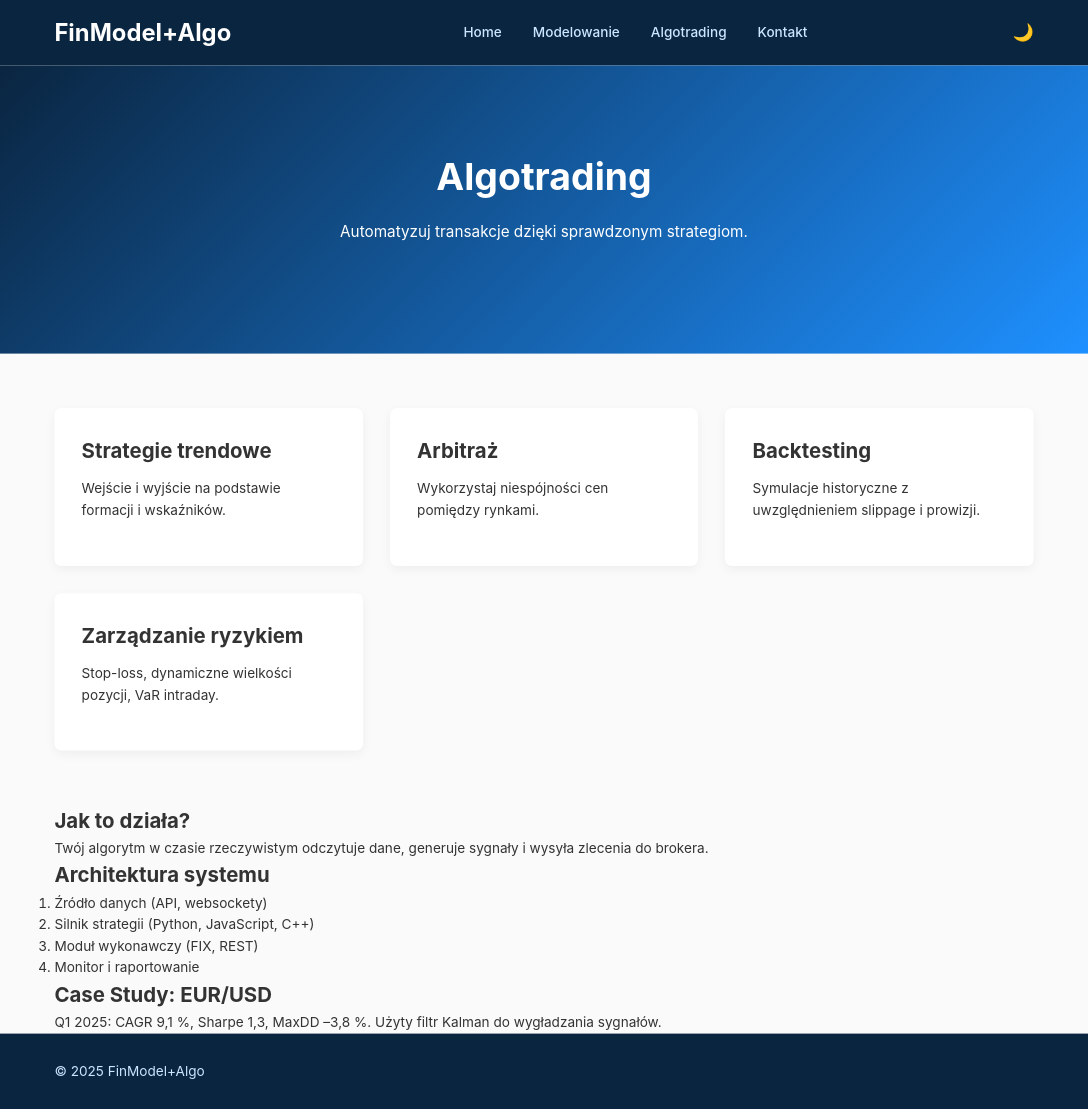
Repository: rafal-bedkowski/WebPageOptimization
Page: algotrading.html
The author's editor kept a copy of each file at every save. The page is drawn from the files as they stood at one save, then again after the next save.
The browser window is 1280 px wide. The pictures show the whole page, at 85% of full size.

Above is the page before, as saved 2025-04-26 15:19:37.
Not found: script.js

### algotrading.html
<!-- algotrading.html -->
<!DOCTYPE html>
<html lang="pl">
  <head>
    <meta charset="UTF-8" />
    <meta name="viewport" content="width=device-width, initial-scale=1" />
    <title>Algotrading – FinModel+Algo</title>
    <link rel="stylesheet" href="style.css" />
  </head>
  <body>
    <header class="header">
      <div class="container header__inner">
        <a href="index.html" class="logo">FinModel+Algo</a>
        <nav class="nav">
          <a href="index.html" class="nav__link">Home</a>
          <a href="modelowanie.html" class="nav__link">Modelowanie</a>
          <a href="algotrading.html" class="nav__link">Algotrading</a>
          <a href="kontakt.html" class="nav__link">Kontakt</a>
        </nav>
        <button class="mode-toggle" aria-label="Toggle dark mode">🌙</button>
      </div>
    </header>

    <section class="hero">
      <div class="container hero__inner">
        <h1 class="hero__title">Algotrading</h1>
        <p class="hero__subtitle">
          Automatyzuj transakcje dzięki sprawdzonym strategiom.
        </p>
      </div>
    </section>

    <main class="container">
      <section class="services">
        <article class="card">
          <h2 class="card__title">Strategie trendowe</h2>
          <p class="card__text">
            Wejście i wyjście na podstawie formacji i wskaźników.
          </p>
        </article>
        <article class="card">
          <h2 class="card__title">Arbitraż</h2>
          <p class="card__text">
            Wykorzystaj niespójności cen pomiędzy rynkami.
          </p>
        </article>
        <article class="card">
          <h2 class="card__title">Backtesting</h2>
          <p class="card__text">
            Symulacje historyczne z uwzględnieniem slippage i prowizji.
          </p>
        </article>
        <article class="card">
          <h2 class="card__title">Zarządzanie ryzykiem</h2>
          <p class="card__text">
            Stop-loss, dynamiczne wielkości pozycji, VaR intraday.
          </p>
        </article>
      </section>

      <section class="content">
        <article>
          <h2>Jak to działa?</h2>
          <p>
            Twój algorytm w czasie rzeczywistym odczytuje dane, generuje sygnały
            i wysyła zlecenia do brokera.
          </p>
        </article>
        <article>
          <h2>Architektura systemu</h2>
          <ol>
            <li>Źródło danych (API, websockety)</li>
            <li>Silnik strategii (Python, JavaScript, C++)</li>
            <li>Moduł wykonawczy (FIX, REST)</li>
            <li>Monitor i raportowanie</li>
          </ol>
        </article>
        <article>
          <h2>Case Study: EUR/USD</h2>
          <p>
            Q1 2025: CAGR 9,1 %, Sharpe 1,3, MaxDD –3,8 %. Użyty filtr Kalman do
            wygładzania sygnałów.
          </p>
        </article>
      </section>
    </main>

    <footer class="footer">
      <div class="container footer__inner">
        <p>© 2025 FinModel+Algo</p>
      </div>
    </footer>
    <script src="script.js"></script>
  </body>
</html>

### style.css
:root {
  --clr-primary: #0a2540;
  --clr-accent: #1e90ff;
  --clr-bg: #fafafa;
  --clr-text: #333;
  --transition: 0.3s ease;
}
[data-theme='dark'] {
  --clr-bg: #121212;
  --clr-text: #e1e1e1;
  --clr-primary: #1e1e2a;
  --clr-accent: #4da6ff;
}

* {
  margin: 0;
  padding: 0;
  box-sizing: border-box;
}
body {
  font-family: 'Inter', sans-serif;
  background: var(--clr-bg);
  color: var(--clr-text);
  line-height: 1.6;
}

.container {
  width: 90%;
  max-width: 1200px;
  margin: 0 auto;
}

/* HEADER */
.header {
  background: var(--clr-primary);
  padding: 1rem 0;
}
.header__inner {
  display: flex;
  align-items: center;
  justify-content: space-between;
}
.logo {
  font-size: 1.75rem;
  font-weight: 700;
  color: #fff;
  text-decoration: none;
}
.nav__link {
  margin-left: 2rem;
  color: #cce6ff;
  text-decoration: none;
  font-weight: 500;
  transition: color var(--transition);
}
.nav__link:hover {
  color: #fff;
}

/* DARK MODE TOGGLE */
.mode-toggle {
  background: none;
  border: none;
  font-size: 1.25rem;
  cursor: pointer;
  color: #fff;
}

/* HERO */
.hero {
  padding: 6rem 0;
  background: linear-gradient(135deg, var(--clr-primary), var(--clr-accent));
  color: #fff;
  text-align: center;
}
.hero__title {
  font-size: 2.75rem;
  margin-bottom: 1rem;
}
.hero__subtitle {
  font-size: 1.125rem;
  margin-bottom: 2rem;
}
.btn {
  display: inline-block;
  padding: 0.75rem 1.75rem;
  border-radius: 4px;
  font-weight: 600;
  text-decoration: none;
  transition: background var(--transition), color var(--transition);
}
.btn--primary {
  background: #fff;
  color: var(--clr-primary);
}
.btn--primary:hover {
  background: var(--clr-accent);
  color: #fff;
}
.btn--outline {
  border: 2px solid var(--clr-accent);
  color: var(--clr-accent);
}
.btn--outline:hover {
  background: var(--clr-accent);
  color: #fff;
}

/* SERVICES */
.services {
  display: grid;
  gap: 2rem;
  grid-template-columns: repeat(auto-fit, minmax(280px, 1fr));
  margin: 4rem 0;
}
.card {
  background: #fff;
  padding: 2rem;
  border-radius: 8px;
  box-shadow: 0 4px 12px rgba(0, 0, 0, 0.05);
  transition: transform var(--transition), box-shadow var(--transition);
}
.card:hover {
  transform: translateY(-5px);
  box-shadow: 0 8px 24px rgba(0, 0, 0, 0.1);
}
.card__title {
  font-size: 1.5rem;
  margin-bottom: 0.75rem;
}
.card__text {
  margin-bottom: 1.25rem;
}

/* FOOTER */
.footer {
  background: var(--clr-primary);
  color: #cce6ff;
  padding: 2rem 0;
}
.footer__inner {
  display: flex;
  align-items: center;
  justify-content: space-between;
  flex-wrap: wrap;
}
.social__link {
  margin-left: 1rem;
  color: #cce6ff;
  text-decoration: none;
  transition: color var(--transition);
}
.social__link:hover {
  color: #fff;
}

/* Responsywność */
@media (max-width: 768px) {
  .header__inner {
    flex-direction: column;
  }
  .nav {
    margin-top: 0.75rem;
  }
  .nav__link {
    margin-left: 1rem;
  }
  .footer__inner {
    flex-direction: column;
    text-align: center;
  }
  .social {
    margin-top: 1rem;
  }
}

After the next save:
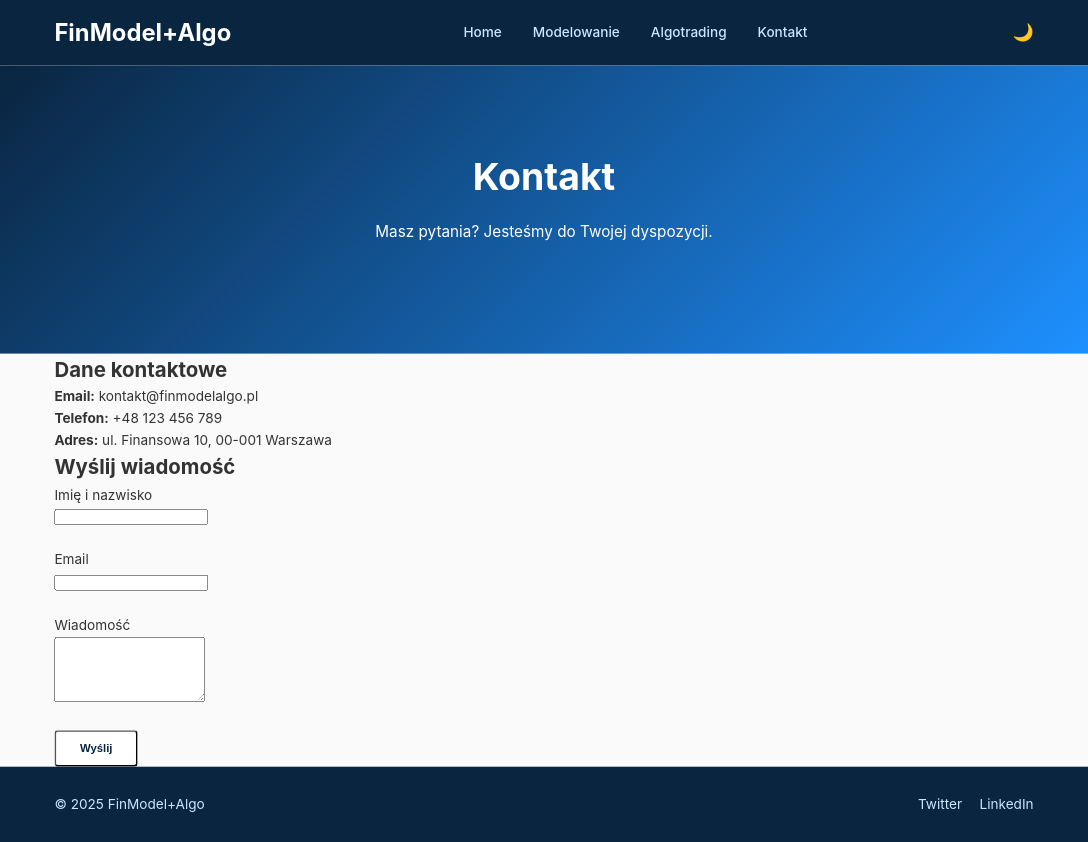
Saved 19 s later.
--- a/algotrading.html
+++ b/algotrading.html
@@ -1,10 +1,10 @@
-<!-- algotrading.html -->
+<!-- kontakt.html -->
 <!DOCTYPE html>
 <html lang="pl">
   <head>
     <meta charset="UTF-8" />
     <meta name="viewport" content="width=device-width, initial-scale=1" />
-    <title>Algotrading – FinModel+Algo</title>
+    <title>Kontakt – FinModel+Algo</title>
     <link rel="stylesheet" href="style.css" />
   </head>
   <body>
@@ -23,64 +23,32 @@
 
     <section class="hero">
       <div class="container hero__inner">
-        <h1 class="hero__title">Algotrading</h1>
+        <h1 class="hero__title">Kontakt</h1>
         <p class="hero__subtitle">
-          Automatyzuj transakcje dzięki sprawdzonym strategiom.
+          Masz pytania? Jesteśmy do Twojej dyspozycji.
         </p>
       </div>
     </section>
 
     <main class="container">
-      <section class="services">
-        <article class="card">
-          <h2 class="card__title">Strategie trendowe</h2>
-          <p class="card__text">
-            Wejście i wyjście na podstawie formacji i wskaźników.
-          </p>
-        </article>
-        <article class="card">
-          <h2 class="card__title">Arbitraż</h2>
-          <p class="card__text">
-            Wykorzystaj niespójności cen pomiędzy rynkami.
-          </p>
-        </article>
-        <article class="card">
-          <h2 class="card__title">Backtesting</h2>
-          <p class="card__text">
-            Symulacje historyczne z uwzględnieniem slippage i prowizji.
-          </p>
-        </article>
-        <article class="card">
-          <h2 class="card__title">Zarządzanie ryzykiem</h2>
-          <p class="card__text">
-            Stop-loss, dynamiczne wielkości pozycji, VaR intraday.
-          </p>
-        </article>
-      </section>
-
       <section class="content">
         <article>
-          <h2>Jak to działa?</h2>
-          <p>
-            Twój algorytm w czasie rzeczywistym odczytuje dane, generuje sygnały
-            i wysyła zlecenia do brokera.
-          </p>
+          <h2>Dane kontaktowe</h2>
+          <p><strong>Email:</strong> kontakt@finmodelalgo.pl</p>
+          <p><strong>Telefon:</strong> +48 123 456 789</p>
+          <p><strong>Adres:</strong> ul. Finansowa 10, 00-001 Warszawa</p>
         </article>
         <article>
-          <h2>Architektura systemu</h2>
-          <ol>
-            <li>Źródło danych (API, websockety)</li>
-            <li>Silnik strategii (Python, JavaScript, C++)</li>
-            <li>Moduł wykonawczy (FIX, REST)</li>
-            <li>Monitor i raportowanie</li>
-          </ol>
-        </article>
-        <article>
-          <h2>Case Study: EUR/USD</h2>
-          <p>
-            Q1 2025: CAGR 9,1 %, Sharpe 1,3, MaxDD –3,8 %. Użyty filtr Kalman do
-            wygładzania sygnałów.
-          </p>
+          <h2>Wyślij wiadomość</h2>
+          <form>
+            <label>Imię i nazwisko<br /><input type="text" required /></label
+            ><br /><br />
+            <label>Email<br /><input type="email" required /></label
+            ><br /><br />
+            <label>Wiadomość<br /><textarea rows="5" required></textarea></label
+            ><br /><br />
+            <button type="submit" class="btn btn--primary">Wyślij</button>
+          </form>
         </article>
       </section>
     </main>
@@ -88,6 +56,10 @@
     <footer class="footer">
       <div class="container footer__inner">
         <p>© 2025 FinModel+Algo</p>
+        <nav class="social">
+          <a href="#" class="social__link">Twitter</a>
+          <a href="#" class="social__link">LinkedIn</a>
+        </nav>
       </div>
     </footer>
     <script src="script.js"></script>
